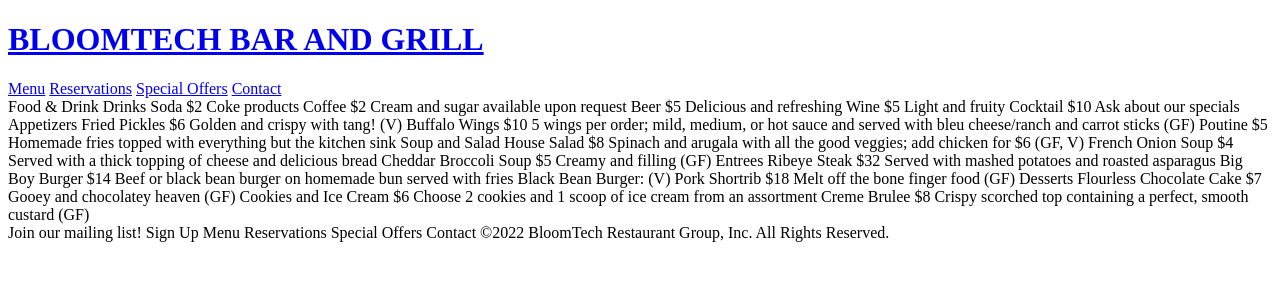
Repository: yoshimario/web-sprint-challenge-user-interface-responsive-design
Page: menu.html
An editor plug-in stored every save of this project. The page is shown before and after the next save, followed by the edit.
The browser window is 1280 px wide. The pictures show the whole page.
Some web libraries are served in a nearby version.

Above is the page before, as saved 2023-06-10 23:47:39.

### menu.html
<!doctype html>

<html lang="en">

<head>
    <meta charset="utf-8">

    <title>Sprint Challenge - Menu</title>

    <link href="https://fonts.googleapis.com/css?family=Roboto|Rubik" rel="stylesheet">
    <script src="https://kit.fontawesome.com/5b12ffad4b.js" crossorigin="anonymous"></script>
</head>

<body>
    <div>
        <!-- header -->
        <header>
            <h1><a href="index.html">BLOOMTECH BAR AND GRILL</a></h1>

            <!-- nav -->
            <nav>
                <a href="menu.html">Menu</a>
                <a href="reservations.html">Reservations</a>
                <a href="specialoffers.html">Special Offers</a>
                <a href="contact.html">Contact</a>
            </nav>
        </header>

        <!-- spacer -->
        <div class="spacer"></div>

        <!-- menu -->
        <article class="menu">
            Food & Drink

            Drinks
            Soda
            $2
            Coke products

            Coffee
            $2
            Cream and sugar available upon request

            Beer
            $5
            Delicious and refreshing

            Wine
            $5
            Light and fruity

            Cocktail
            $10
            Ask about our specials

            Appetizers
            Fried Pickles
            $6
            Golden and crispy with tang!
            (V)

            Buffalo Wings
            $10
            5 wings per order; mild, medium, or hot sauce and served with bleu cheese/ranch and carrot sticks
            (GF)

            Poutine
            $5
            Homemade fries topped with everything but the kitchen sink

            Soup and Salad
            House Salad
            $8
            Spinach and arugala with all the good veggies; add chicken for $6
            (GF, V)

            French Onion Soup
            $4
            Served with a thick topping of cheese and delicious bread

            Cheddar Broccoli Soup
            $5
            Creamy and filling
            (GF)

            Entrees
            Ribeye Steak
            $32
            Served with mashed potatoes and roasted asparagus

            Big Boy Burger
            $14
            Beef or black bean burger on homemade bun served with fries
            Black Bean Burger: (V)

            Pork Shortrib
            $18
            Melt off the bone finger food
            (GF)

            Desserts
            Flourless Chocolate Cake
            $7
            Gooey and chocolatey heaven
            (GF)

            Cookies and Ice Cream
            $6
            Choose 2 cookies and 1 scoop of ice cream from an assortment

            Creme Brulee
            $8
            Crispy scorched top containing a perfect, smooth custard
            (GF)
        </article>

        <!-- spacer -->
        <div class="spacer-sm"></div>

        <!-- footer -->
        <footer>
            <!-- email signup -->
            Join our mailing list!
            Sign Up
            <!-- nav -->
            Menu
            Reservations
            Special Offers
            Contact
            <!-- copyright -->
            ©2022 BloomTech Restaurant Group, Inc. All Rights Reserved.
        </footer>
    </div>
</body>

</html>

After the next save:
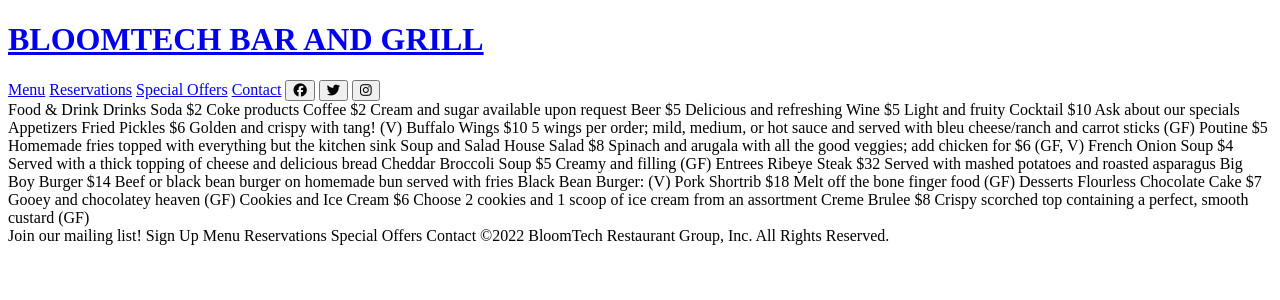
Saved 24 s later.
--- a/menu.html
+++ b/menu.html
@@ -23,6 +23,9 @@
                 <a href="reservations.html">Reservations</a>
                 <a href="specialoffers.html">Special Offers</a>
                 <a href="contact.html">Contact</a>
+                <button><i class="fa-brands fa-facebook"></i></button>
+                <button><i class="fa-brands fa-twitter"></i></button>
+                <button><i class="fa-brands fa-instagram"></i></button>
             </nav>
         </header>
 
